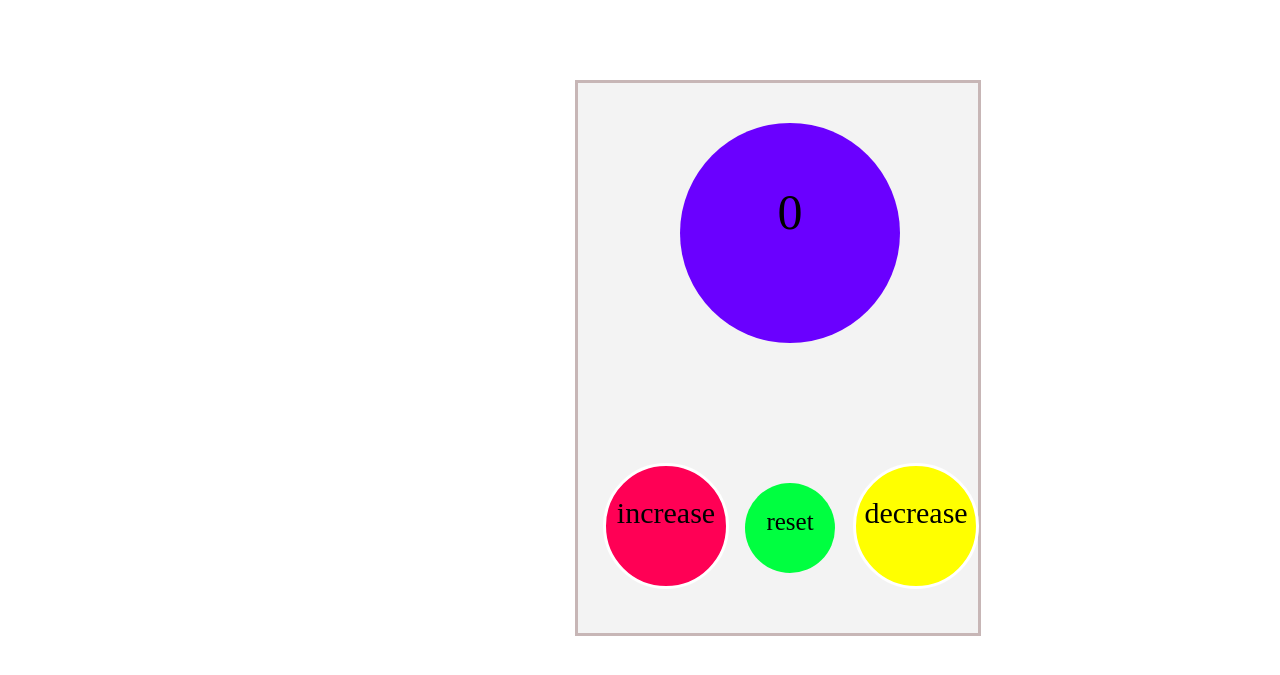
Repository: sara55m/Counter_App
Page: index.html
These files come from the project's save history. The page is drawn as it stood at one moment and after the next save; the edit follows.
The browser window is 1280 px wide. The pictures show the whole page.

Above is the page before, as saved 2024-07-30 04:04:20.

After the next save:
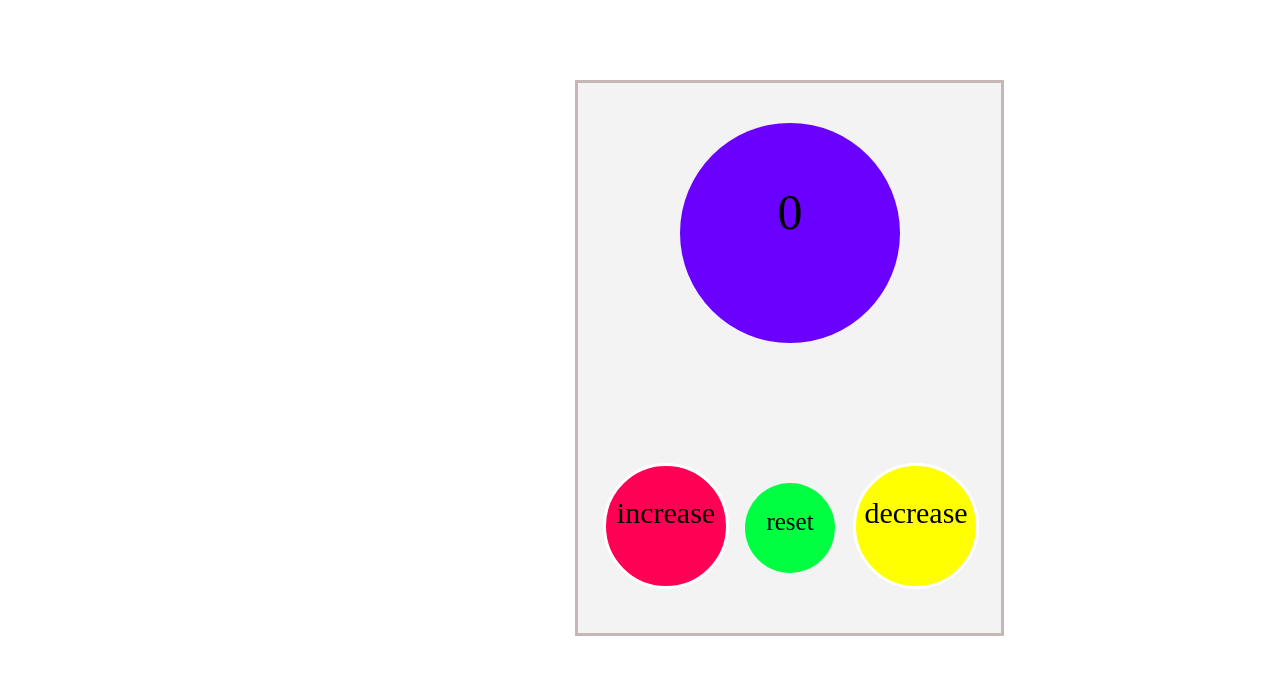
Saved 66 s later.
--- a/css/style.css
+++ b/css/style.css
@@ -3,7 +3,7 @@
     top:80px;
     left:575px;
     height:550px;
-    width:400px;
+    width:423px;
     background-color: rgb(243 243 243);
     border:3px solid #c7b6b6;
 }
